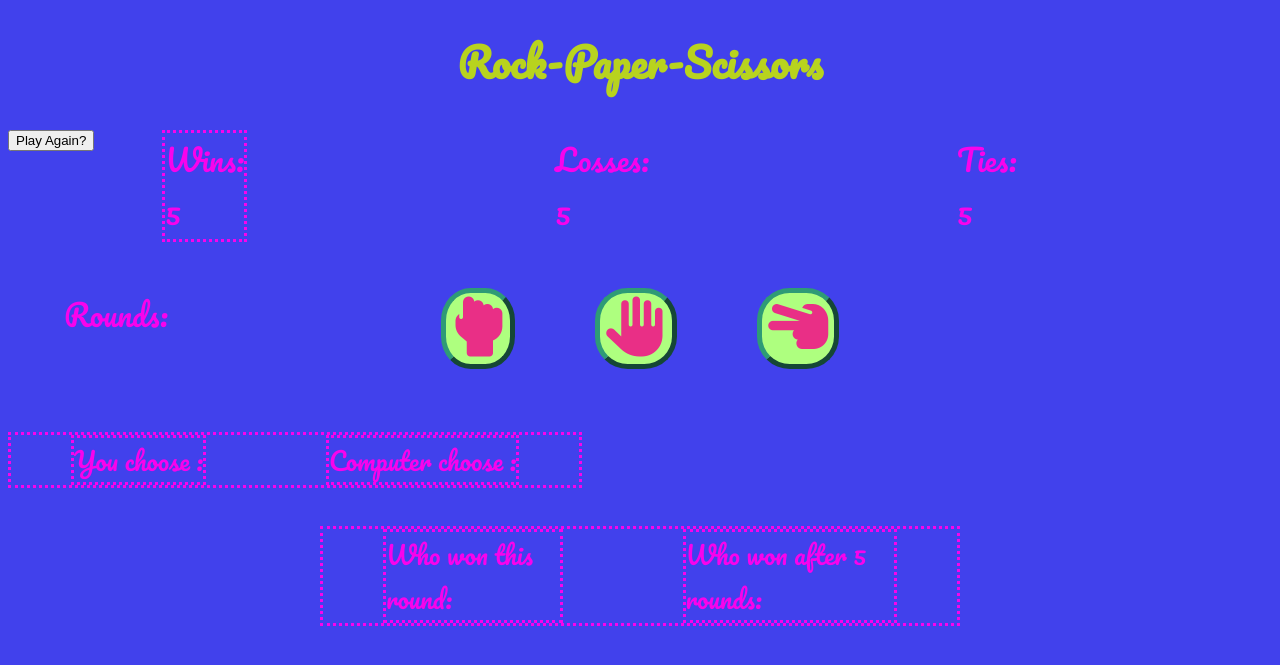
Repository: 0101chaitanya/Rock-Paper-Scissors
Page: index.html
These files come from the project's save history. The page is drawn as it stood at one moment and after the next save; the edit follows.
The browser window is 1280 px wide. The pictures show the whole page.
Some web libraries are served in a nearby version.

Above is the page before, as saved 2021-05-15 15:34:12.
Not found: linkk.js

After the next save:
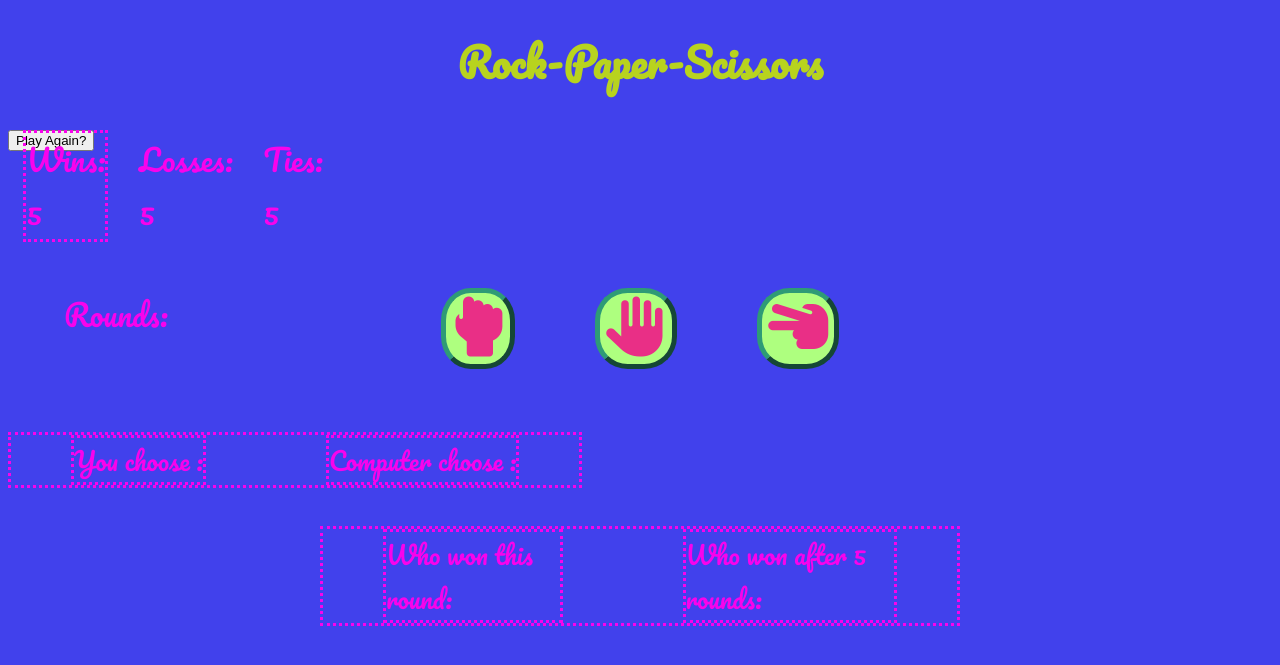
Saved 7 s later.
--- a/style.css
+++ b/style.css
@@ -19,7 +19,7 @@ h1  {
     top: 18%;
     }
 .score {
-        margin: auto 50% ;
+        margin: auto 5% ;
     }
     #wins{
         left: 50%;
